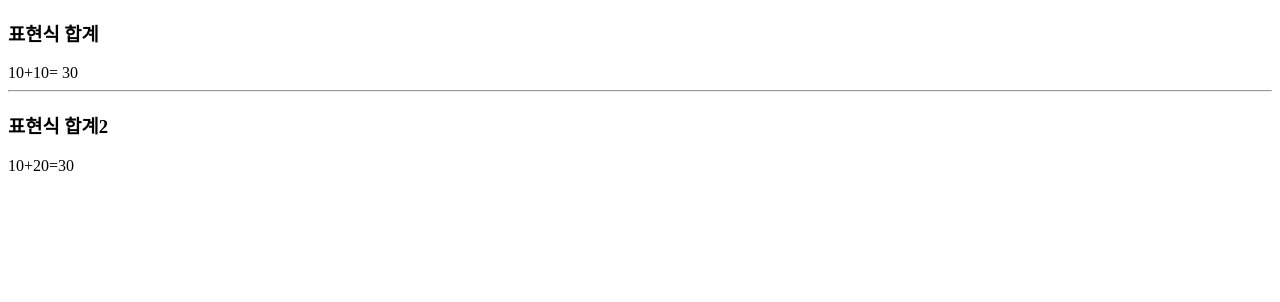
Repository: totesbk/JSP-
Page: http://localhost/web07/ex06.jsp
These files come from the project's save history. The page is drawn as it stood at one moment and after the next save; the edit follows.
The browser window is 1280 px wide. The pictures show the whole page.
The page is served by Tomcat 9.

Above is the page before, as saved 2020-10-08 06:29:45.

After the next save:
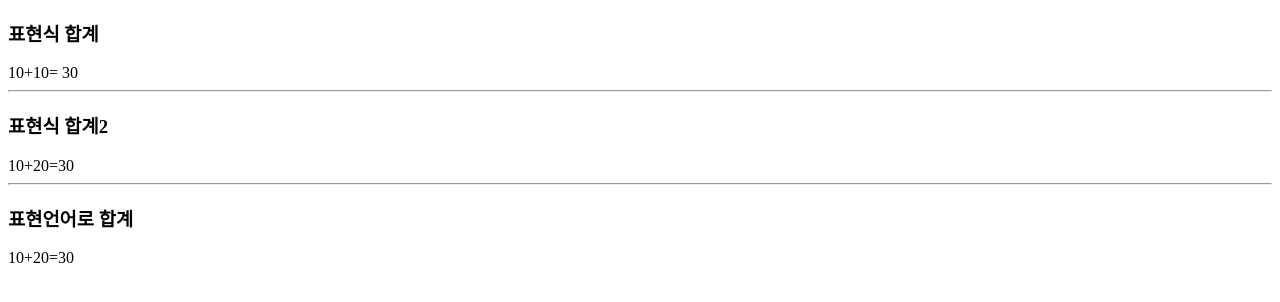
Saved 39 s later.
--- a/web07/WebContent/ex06.jsp
+++ b/web07/WebContent/ex06.jsp
@@ -22,6 +22,10 @@ int num1 = (Integer)request.getAttribute("num1");
 int num2 = (Integer)request.getAttribute("num2");
 %>
 <%=num1%>+<%=num2%>=<%=num1+num2%>
+<hr>
+<h3>표현언어로 합계</h3>
+${num1}+${num2}=${num1+num2}
+
 
 
 </body>
